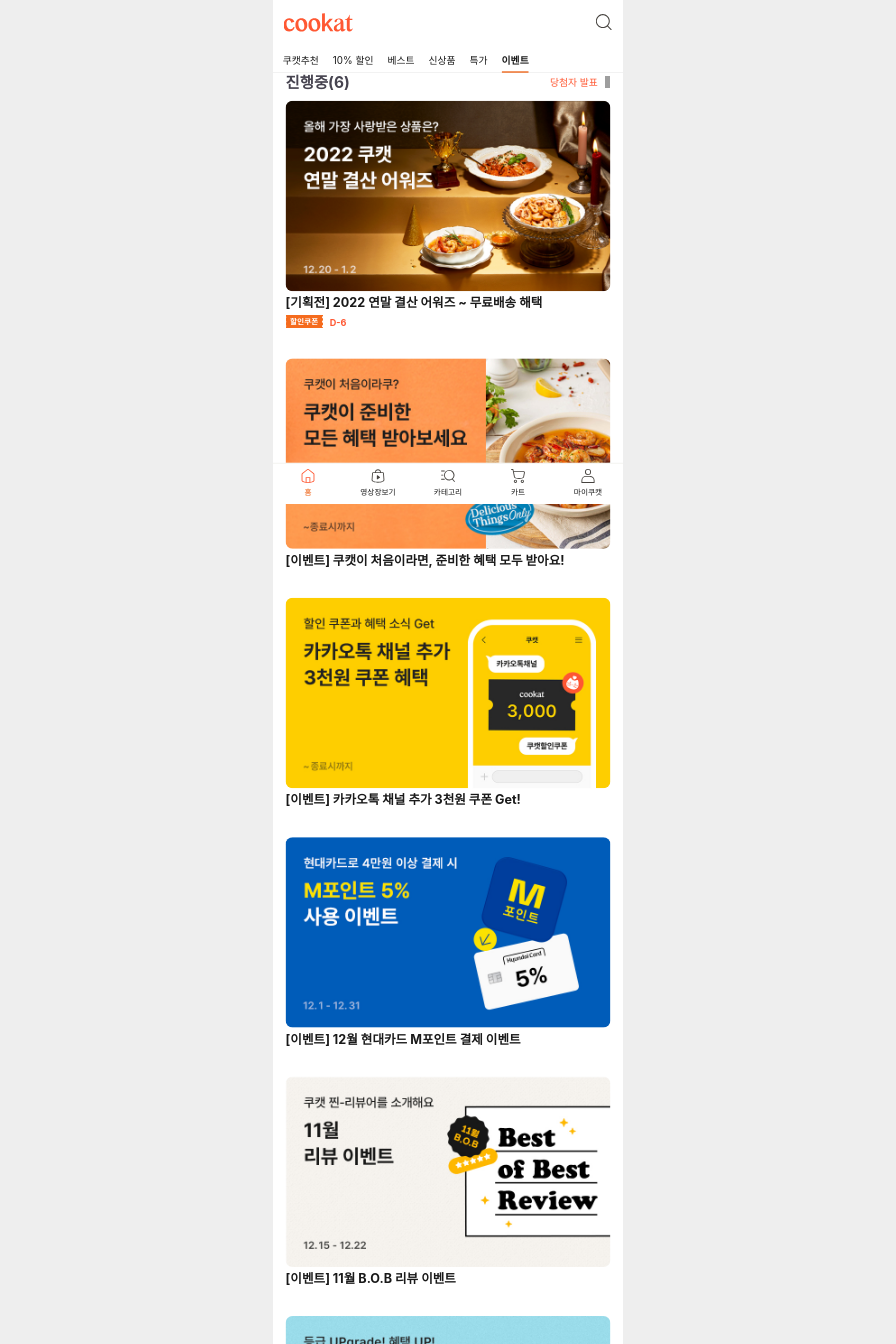
Repository: CooKat/Cookat
Page: event.html
An editor plug-in stored every save of this project. The page is shown before and after the next save, followed by the edit.
The browser window is 1280 px wide. The pictures show the part of the page from y = 0 to 1920 px (the page is 3066 px tall before and 5749 px after), at 70% of full size.
Pictures or frames that could not be fetched are drawn as grey boxes. A picture or video elsewhere on the page could not be fetched, so the positions and the page height are approximate. Some web fonts or font styles are not loaded; a fallback is used.

Above is the page before, as saved 2022-12-29 17:26:48.
Not found: css/responsive.css
Not found: js/ex1.js

### event.html
<!DOCTYPE html>
<html lang="ko-KR">
  <head>
    <meta charset="UTF-8" />
    <meta http-equiv="X-UA-Compatible" content="IE=edge" />
    <meta name="viewport" content="width=device-width, initial-scale=1.0" />
    <link rel="shortcut icon" type="image/x-icon" href="./images/1.png" />
    <link
      rel="stylesheet"
      as="style"
      crossorigin
      href="https://cdn.jsdelivr.net/gh/orioncactus/pretendard@v1.3.6/dist/web/static/pretendard.css"
    />
    <link
      href="https://cdn.jsdelivr.net/npm/remixicon@2.5.0/fonts/remixicon.css"
      rel="stylesheet"
    />
    <link
      rel="stylesheet"
      href="https://cdn.jsdelivr.net/npm/swiper/swiper-bundle.min.css"
    />
    <link rel="stylesheet" href="./css/main.css" />
    <link rel="stylesheet" href="./css/event.css" />
    <title>쿠캣</title>
  </head>
  <body>
    <div class="container">
      <!-- 상단 메뉴바 -->
      <header class="header">
        <a href="/" class="logo"
          ><img src="./images/logo-main.svg" alt="쿠캣마켓"
        /></a>
        <div class="menu swiper">
          <ul class="swiper-wrapper" role="menubar" aria-hidden="false">
            <li role="none" class="swiper-slide">
              <a role="menuitem" href="/">쿠캣추천</a>
            </li>
            <li class="swiper-slide" role="none">
              <a role="menuitem" href="/">10% 할인</a>
            </li>
            <li class="swiper-slide" role="none">
              <a role="menuitem" href="./best.html">베스트</a>
            </li>
            <li class="swiper-slide" role="none">
              <a role="menuitem" href="/">신상품</a>
            </li>
            <li class="swiper-slide" role="none">
              <a role="menuitem" href="./specialPrice.html">특가</a>
            </li>
            <li class="swiper-slide active" role="none">
              <a role="menuitem" href="/">이벤트</a>
            </li>
          </ul>
        </div>
        <button type="button" class="search">
          <img src="./images/ic-24-finder.svg" alt="검색 아이콘" />
        </button>
      </header>

      <main class="main">
        <section class="event">
          <!-- 진행중(6) 당첨자 발표 -->
          <div class="event-ing">
            <h2 class="event-ing-title">진행중(6)</h2>
            <a href="/"><p>당첨자 발표</p></a>
          </div>

          <!-- 행사 아이템들 -->
          <div class="item-list">
            <a href="/event.html">
              <div class="item-list-item">
                <img src="./images/event1.jpg" />
                <h2 class="item-list-title title-first">
                  [기획전] 2022 연말 결산 어워즈 ~ 무료배송 해택
                </h2>
                <div class="coupon-day">
                  <i class="icon-coupon"></i>
                  <span class="coupon-date">D-6</span>
                </div>
              </div>
            </a>
          </div>

          <div class="item-list">
            <a href="/event.html">
              <div class="item-list-item">
                <img src="./images/event2.jpg" />
                <h2 class="item-list-title">
                  [이벤트] 쿠캣이 처음이라면, 준비한 혜택 모두 받아요!
                </h2>
              </div>
            </a>
          </div>

          <div class="item-list">
            <a href="/event.html">
              <div class="item-list-item">
                <img src="./images/event3.jpg" />
                <h2 class="item-list-title">
                  [이벤트] 카카오톡 채널 추가 3천원 쿠폰 Get!
                </h2>
              </div>
            </a>
          </div>

          <div class="item-list">
            <a href="/event.html">
              <div class="item-list-item">
                <img src="./images/event4.jpg" />
                <h2 class="item-list-title">
                  [이벤트] 12월 현대카드 M포인트 결제 이벤트
                </h2>
              </div>
            </a>
          </div>

          <div class="item-list">
            <a href="/event.html">
              <div class="item-list-item">
                <img src="./images/event5.jpg" />
                <h2 class="item-list-title">[이벤트] 11월 B.O.B 리뷰 이벤트</h2>
              </div>
            </a>
          </div>

          <div class="item-list">
            <a href="/event.html">
              <div class="item-list-item">
                <img src="./images/event6.jpg" />
                <h2 class="item-list-title">
                  [공지사항] NEW 쿠캣 등급 개편 안내
                </h2>
              </div>
            </a>
          </div>
        </section>
      </main>

      <!-- footer -->
      <footer class="footer">
        <div class="center-info-container">
          <h2 class="center-info">쿠캣 고객센터</h2>
          <span class="time-info"
            >평일 <time>10:00</time> ~ <time>18:00</time> (점심시간
            <time>13:00</time> ~ <time>14:00</time>)</span
          >

          <a href="tel:1668-3525" class="center-contact"> 고객센터</a>
        </div>
        <div class="business-info-container">
          <div class="business-info-title-container">
            <h2 class="business-info">(주) 쿠캣 사업자 정보</h2>
            <button class="business-info-toggle-btn">
              <img
                alt="addit-toggle-img"
                src="	https://crcf.cookatmarket.com/assets/mobile/img/using_guide/ic-16-close-bold.svg"
              />
            </button>
          </div>

          <ul class="business-info-list">
            <li class="business-info-item">
              <label for="representative">대표자</label
              ><span id="representative">이문주</span>
            </li>
            <li class="business-info-item">
              <label for="address">주소</label>
              <address id="address">
                서울특별시 강남구 영동대로112길 36, 3층, 지하 1층 (삼성동,
                오티씨타워)
              </address>
            </li>
            <li class="business-info-item">
              <label
                for="
              business-number"
                >사업자등록번호</label
              ><span id=" business-number">
                110-86-12995
                <a class="business-info-check" href="/"
                  >사업자정보 확인</a
                ></span
              >
            </li>
            <li class="business-info-item">
              <label for="mail-order-number">통신판매업 신고번호</label
              ><span
                id="
              mail-order-number"
                >2018-서울강남-01681</span
              >
            </li>
            <li class="business-info-item">
              <div class="center-info-flexcontent-container">
                <label
                  for="
              service-center"
                  >고객센터</label
                >
                <div class="center-info-content-container">
                  <a
                    id="service-center"
                    href="tel:1668-3525
              "
                    >1668-3525
                  </a>
                  <span id="service-center"
                    >평일 <time>10:00</time> ~ <time>18:00</time> (점심시간
                    <time>13:00</time> ~ <time>14:00</time>) 주말
                    <time>10:00</time> ~ <time>13:00</time></span
                  >
                </div>
              </div>
            </li>
            <li class="business-info-item">
              <label for="marketing-email">마케팅 제휴문의</label
              ><span id="marketing-email">marketing@cookat.co</span>
            </li>
            <li class="business-info-item">
              <label
                for="
              goods-email"
                >상품 제휴문의</label
              ><span id=" goods-email">
                <span>product@cookat.co<br /></span
              ></span>
            </li>
            <li class="business-info-item">
              <label for="person-in-charge">개인정보보호 책임자</label
              ><span id="person-in-charge"> 주지석 (jiseok.joo@cookat.co)</span>
            </li>
          </ul>

          <small class="copyright">
            Copyright © 쿠캣. All rights reserved.</small
          >
          <ul class="more-details-list">
            <li><a class="more-details" href="/">이용약관</a></li>
            <li>
              <a class="more-details" id="qkdcla" href="/">개인정보 처리방침</a>
            </li>
            <li><a class="more-details" href="/">공지사항</a></li>
          </ul>
        </div>

        <div class="additional-container">
          <a href="/">로그인</a>
          <a id="app-down" href="/"> APP다운</a>
        </div>
      </footer>

      <!-- 하단바 -->
      <nav class="fix-footer-menu">
        <ul>
          <li class="my-home on"><a href="/">홈</a></li>
          <li class="my-video"><a href="/">영상장보기</a></li>
          <li class="my-menu"><a href="/">카테고리</a></li>
          <li class="my-cart"><a href="/">카트</a></li>
          <li class="my-cookat"><a href="/">마이쿠캣</a></li>
        </ul>
      </nav>
    </div>

    <!-- Swiper JS -->
    <script src="https://cdn.jsdelivr.net/npm/swiper/swiper-bundle.min.js"></script>
    <!-- Initialize Swiper -->
    <script src="./js/ex1.js"></script>
    <script>
      var menu = new Swiper('.menu.swiper', {
        slidesPerView: 'auto',
        freeMode: true,
      });
    </script>
  </body>
</html>

### css/event.css
main {
  padding: 0 18px;
}
body {
  margin-top: 30px;
}

.event-ing {
  display: flex;
  flex-flow: row nowrap;
  justify-content: space-between;
  align-items: center;
  margin-top: var(--spacing-xxxl);
  margin-bottom: var(--spacing-md);
}

.event-ing-title {
  font-size: var(--text-xl);
  line-height: var(--text-xxl);
  color: var(--color-black);
  font-weight: 700;
}

.event-ing p {
  color: #ff5833;
  font-size: var(--text-sm);
}
.event-ing p::after {
  content: '';
  color: #ff5833;
  margin-left: var(--spacing-xxs);
  padding-left: var(--spacing-md);
  background: url('https://crcf.cookatmarket.com/assets/mobile/img/using_guide/ic-16-next-orange-fit.svg')
    no-repeat 6px;
}

.item-list {
}

.item-list-item {
}

.item-list-item img {
  border-radius: 10px;
}

.item-list-title {
  font-size: var(--text-lg);
  line-height: var(--text-xxl);
  font-weight: 700;
  margin-bottom: var(--spacing-xxxl);
}

.title-first {
  margin-bottom: 0;
}

.item-list-title h2:first-child {
  margin-bottom: 0;
}

.coupon-day {
  margin-top: var(--spacing-xxs);
  display: flex;
  flex-flow: row nowrap;
  margin-bottom: var(--spacing-xxxl);
}

.icon-coupon {
  width: 53px;
  height: 19px;
  background: url(../images/ic-event-sale-coupon-orange.svg) no-repeat center;
  display: inline-block;
  text-align: center;
}

.coupon-date {
  color: #ff5833;
  line-height: var(--text-xl);
  font-size: var(--text-xs);
  align-items: center;
  font-weight: 700;
  padding-left: var(--spacing-sm);
}

@media (max-width: 500px) {
  .event-ing-title {
    font-size: 4vw;
    line-height: 3vh;
  }

  .item-list-title {
    font-size: 7vw;
    line-height: 5vh;
  }
}

### css/theme.css
:root {
  /* 수식 단축키 art+shift+M */
  --color-white: #ffffff;
  --color-blank: #f9f9f9;
  --color-cement: #9d9995;
  --color-placeholder: #bbb8b5;
  --color-deep-orange: #eb5500;
  --color-border: #e9e8e2;
  --color-success: #579bdb;
  --color-black: #46434f;
  --color-gray: #9d999d;
  --color-greyish-brown: #5b5752;

  --spacing-sxxs: 0.125rem; /* 2px */
  --spacing-xxs: 0.25rem; /* 4px */
  --spacing-xs: 0.5rem; /* 8px */
  --spacing-sm: 0.625rem; /* 10px */
  --spacing-xm: 0.75rem; /* 12px */
  --spacing-md: 0.875rem; /* 14px */
  --spacing-m: 0.937rem; /* 15px */
  --spacing-base: 1rem; /* 16px */
  --spacing-lg: 1.125rem; /* 18px */
  --spacing-l: 1.25rem; /* 20px */
  --spacing-xl: 1.5rem; /* 24px */
  --spacing-xxl: 2rem; /* 32px */
  --spacing-xxxl: 2.5rem; /* 40px */

  --spacing-6: 3.75rem; /* 60px */

  --text-sxxs: 0.6875rem; /* 11px */
  --text-xxs: 0.75rem; /* 12px */
  --text-xs: 0.8125rem; /* 13px */
  --text-sm: 0.875rem; /* 14px */
  --text-md: 0.9375rem; /* 15px */
  --text-base: 1rem; /* 16px */
  --text-lg: 1.125rem; /* 18px */
  --text-xl: 1.375rem; /* 22px */
  --text-xxl: 1.625rem; /* 26px */

  --swiper-navigation-size: 1.125rem; /* 18px */

  --max-width: 31.25rem; /* 500px */
}

Loaded but not shown: css/normalize.css (library); css/reset.css (common file); css/main.css (973 lines, source omitted)

After the next save:
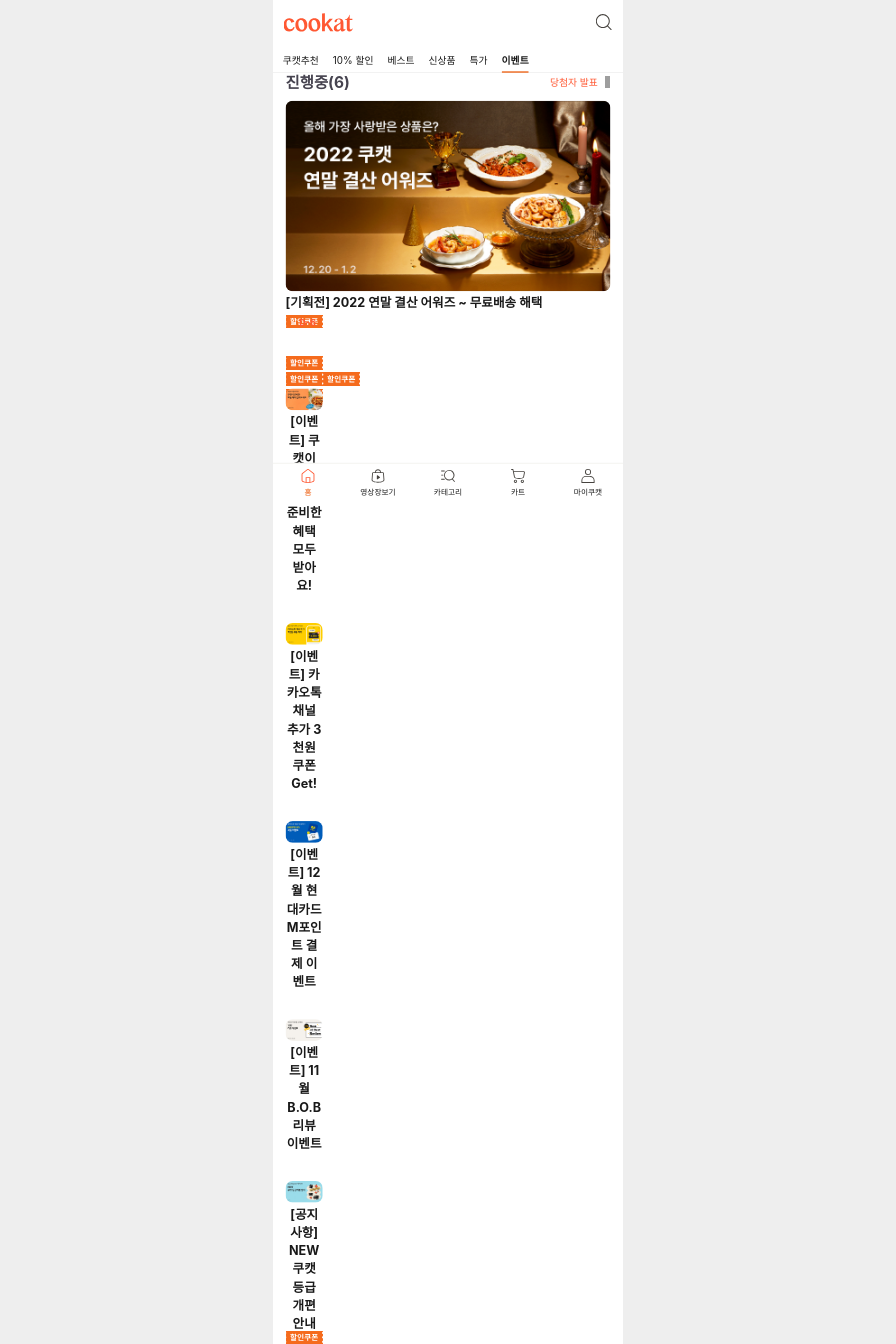
Saved 31 s later.
--- a/event.html
+++ b/event.html
@@ -74,7 +74,7 @@
                   [기획전] 2022 연말 결산 어워즈 ~ 무료배송 해택
                 </h2>
                 <div class="coupon-day">
-                  <i class="icon-coupon"></i>
+                  <i class="icon-coupon">
                   <span class="coupon-date">D-6</span>
                 </div>
               </div>

After the save that followed:
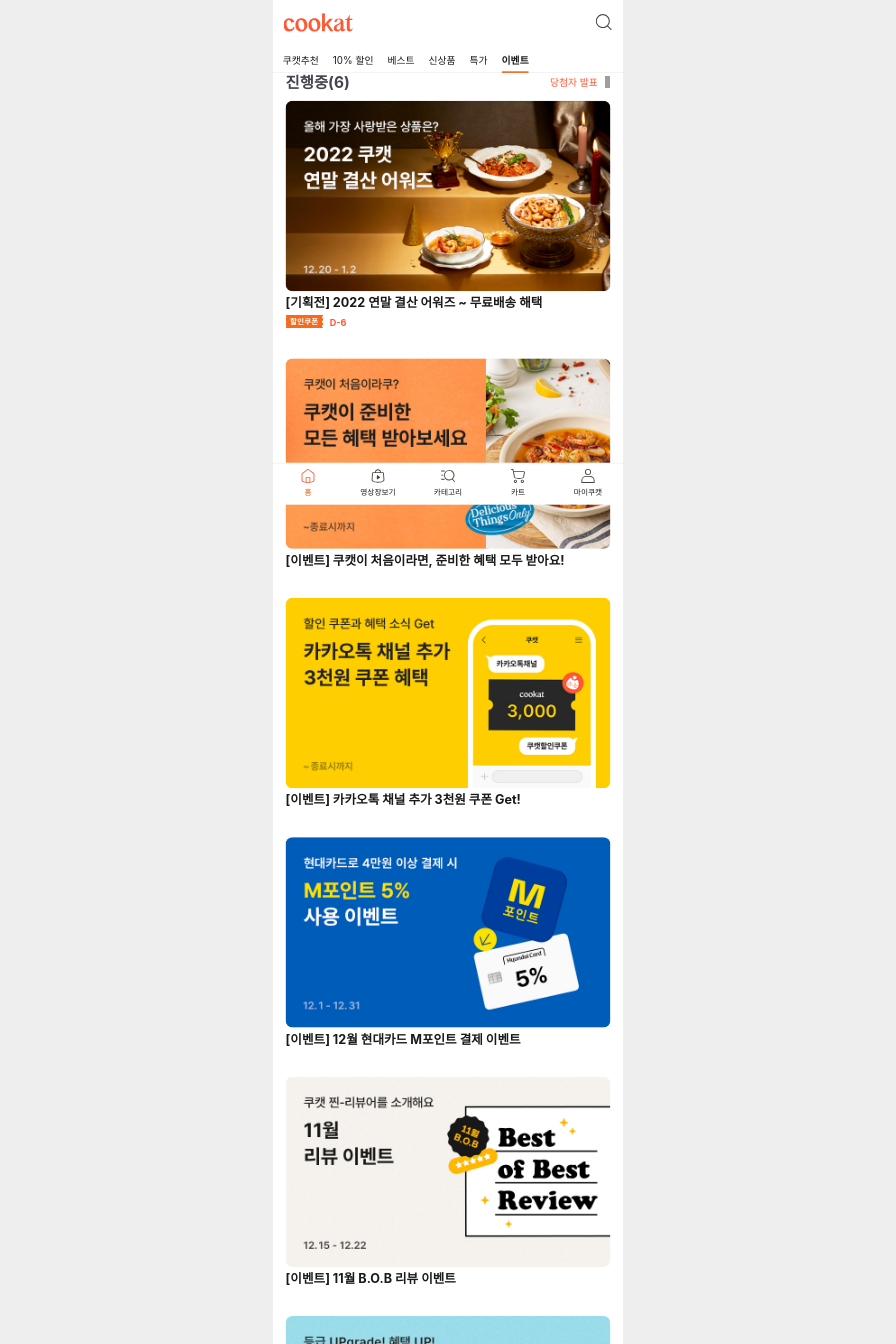
Saved 28 s later.
--- a/event.html
+++ b/event.html
@@ -74,7 +74,7 @@
                   [기획전] 2022 연말 결산 어워즈 ~ 무료배송 해택
                 </h2>
                 <div class="coupon-day">
-                  <i class="icon-coupon">
+                  <i class="icon-coupon"></i>
                   <span class="coupon-date">D-6</span>
                 </div>
               </div>
